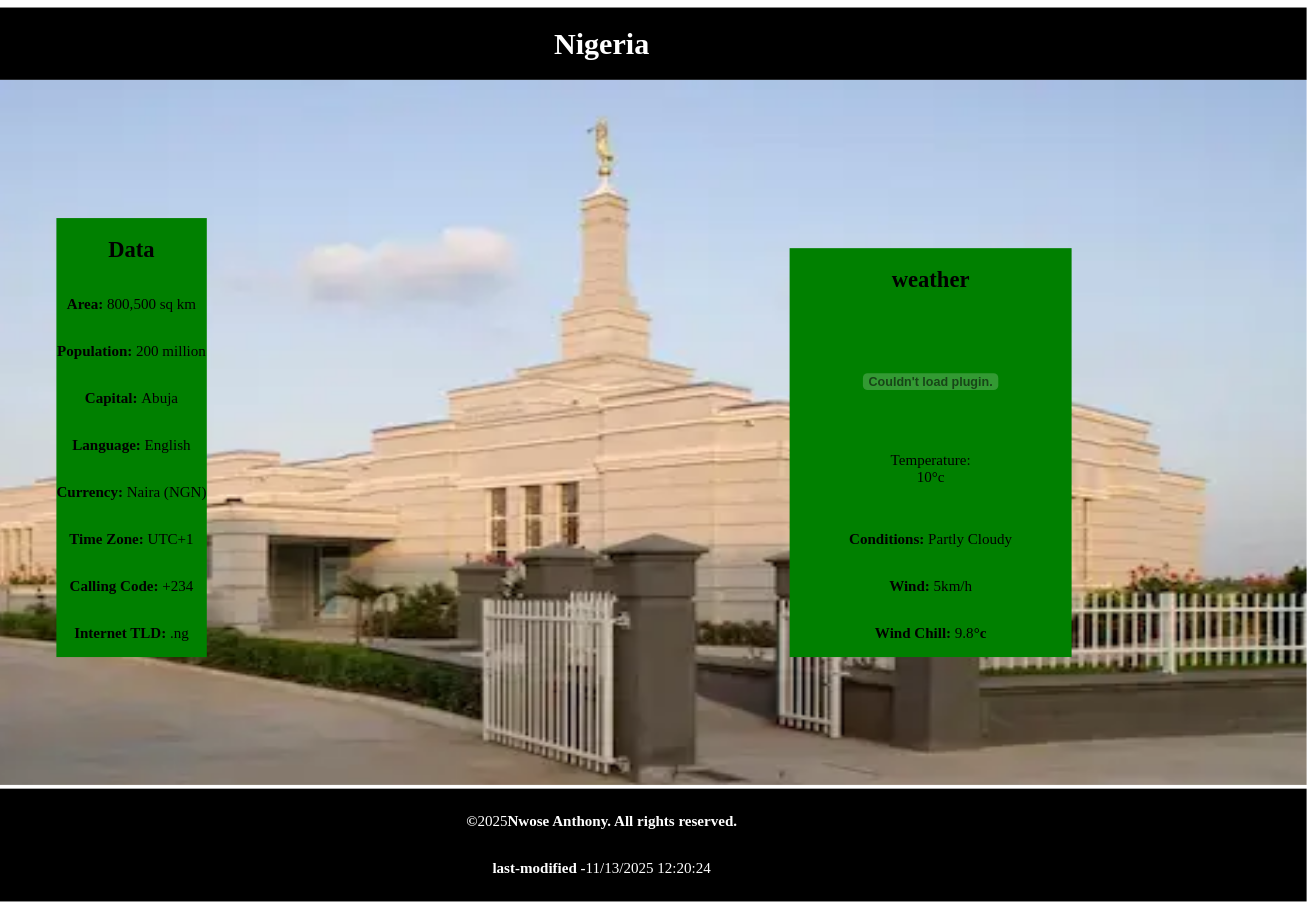
Repository: NoblesNigeria/wdd131
Page: place.html
These files come from the project's save history. The page is drawn as it stood at one moment and after the next save; the edit follows.
The browser window is 1280 px wide. The page is 1390 px wide, so the pictures cover 1390 px, including what lies to the right of the window. The pictures show the whole page, at 94% of full size.

Above is the page before, as saved 2025-11-13 18:01:15.

After the next save:
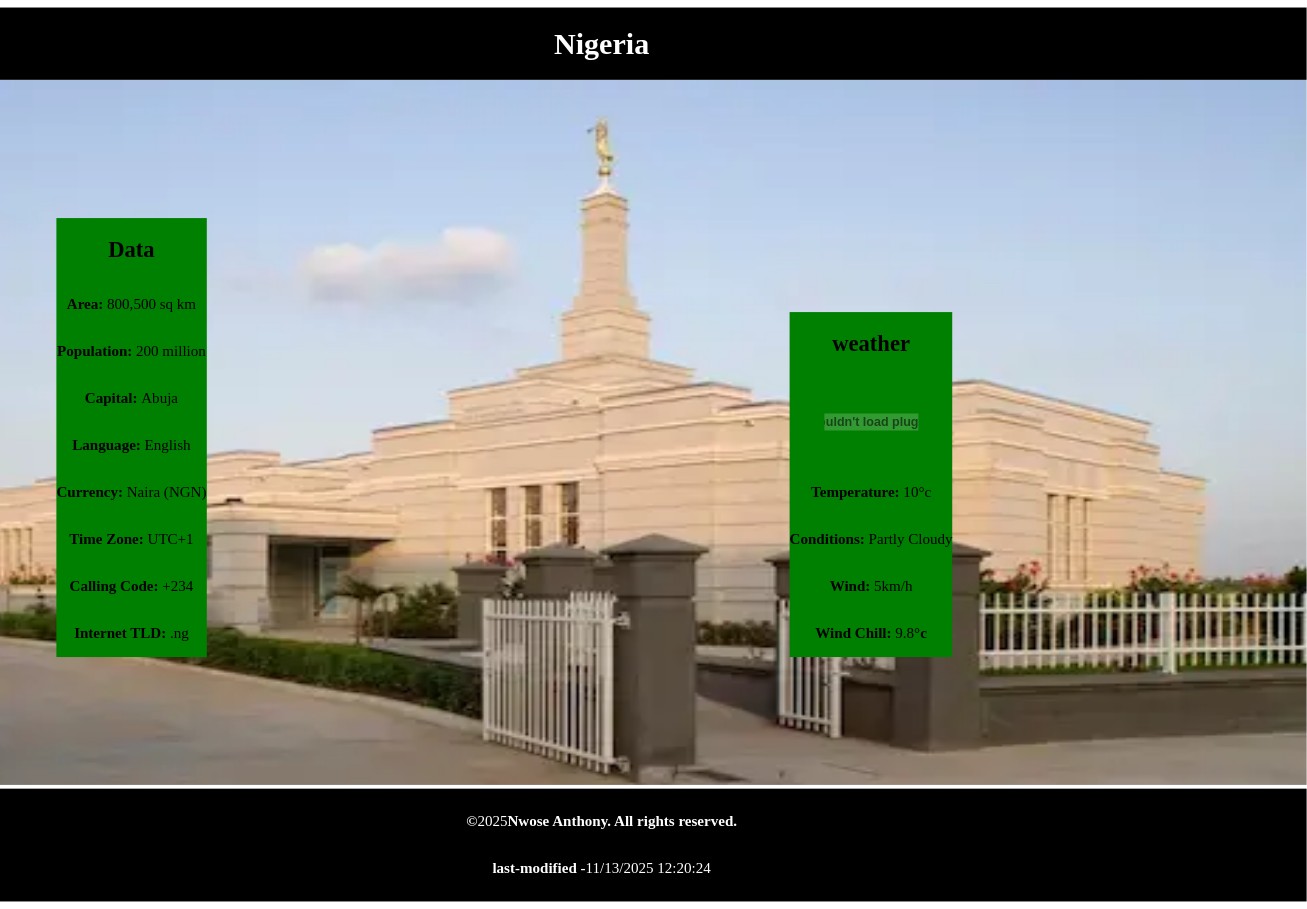
Saved 9 s later.
--- a/place.html
+++ b/place.html
@@ -26,7 +26,7 @@
             </picture>
             <figure class="content">
                 <h2>weather</h2>
-                <embed type="images/svg+xml"sr
+                <embed type="images/svg+xml"src="images/weather-icon.svg" alt="weather icon" width="100" height="100">
                 <p>Temperature: <span id="temperature"></span></p>
                 <p>Conditions: <span id="conditions"></span></p>
                 <p>Wind: <span id="wind-speed"></span></p>
